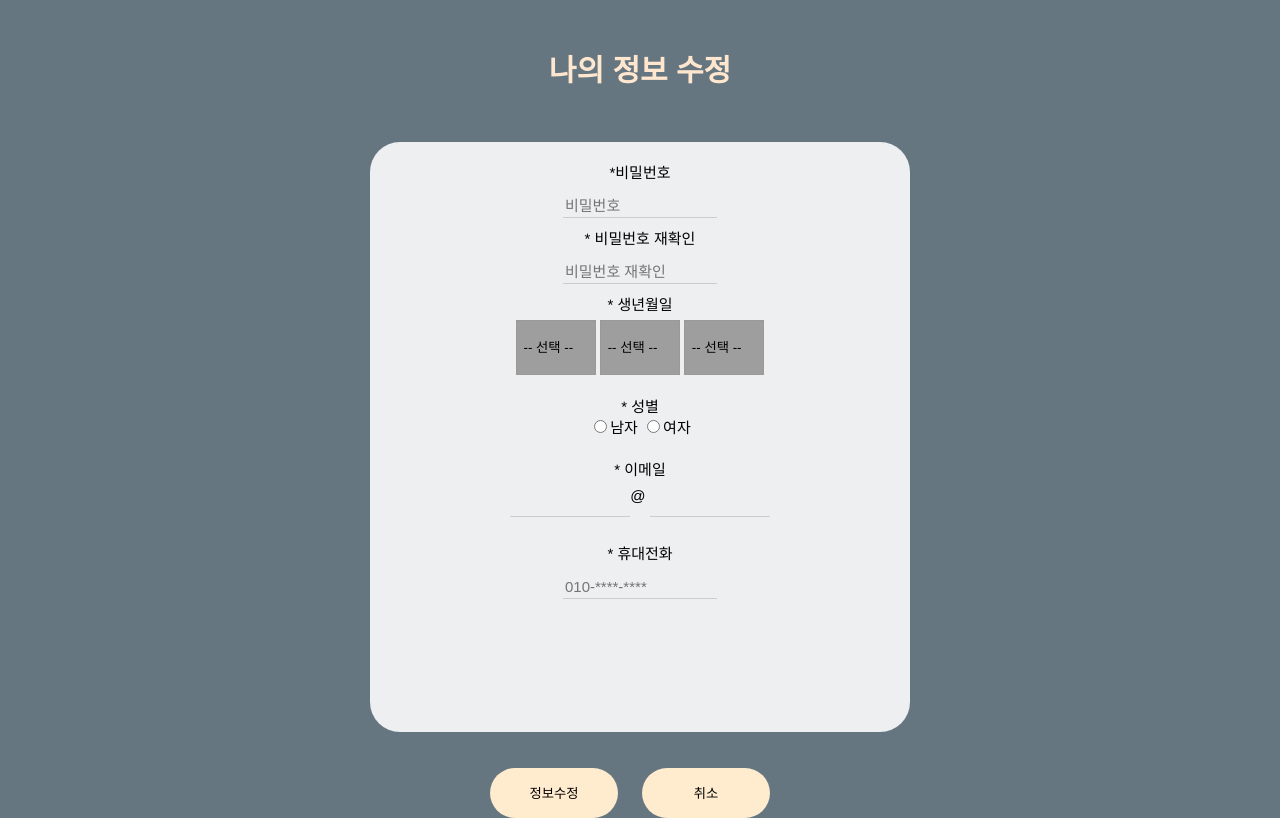
Repository: HelloJihyune/Hi
Page: http://localhost/mex07/WEB-INF/views/modify.jsp
An editor plug-in stored every save of this project. The page is shown before and after the next save, followed by the edit.
The browser window is 1280 px wide. The pictures show the whole page.
Pictures or frames that could not be fetched are drawn as grey boxes. The page is served by Tomcat 9. Nobody is signed in. The template is opened directly, without the code that normally fills it, so the values that code supplies are empty.

Above is the page before, as saved 2021-07-06 02:37:19.

After the next save:
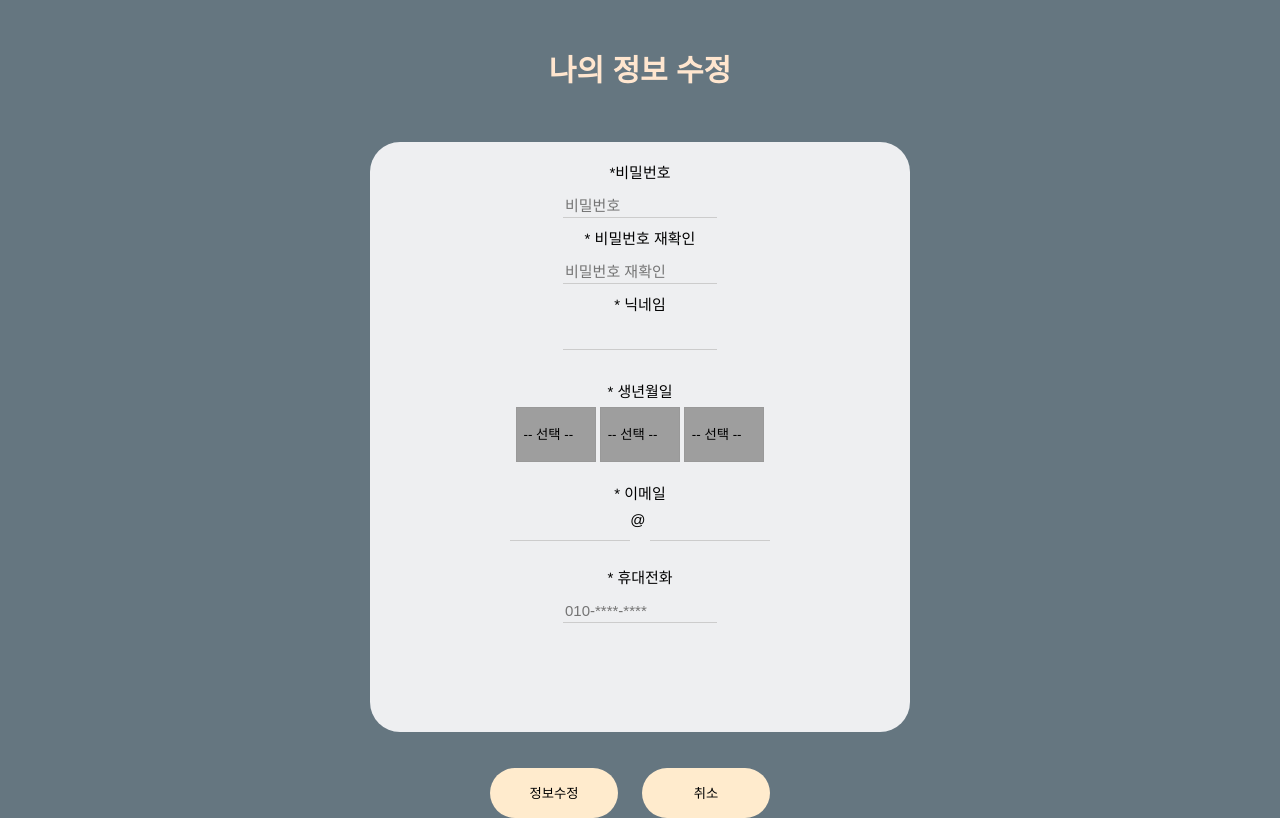
Saved 13 s later.
--- a/mex07/src/main/webapp/WEB-INF/views/modify.jsp
+++ b/mex07/src/main/webapp/WEB-INF/views/modify.jsp
@@ -23,6 +23,11 @@
 			* 비밀번호 재확인<br> <input type="password" name="user_PW2"
 				placeholder="비밀번호 재확인">
 		</div>
+		<!--닉네임 수정-->
+		<div class="int-username">
+			* 닉네임<br> <input type="text" name="user_name" value="">
+		</div>
+		<br>
 		<!--생년월일 select를 사용해서 구현-->
 		* 생년월일<br>
 		<br> <select name="year">
@@ -84,12 +89,6 @@
 		</select> <br>
 		<br>
 		<div>
-			<!--성별-->
-			* 성별<br> <input type="radio" name="gender" value="m" id="man"
-				label for="man">남자</input> <input type="radio" name="gender"
-				value="m" id="woman" label for="woman">여자</input>
-		</div>
-		<br>
 		<!--이메일-->
 		* 이메일
 		<div class="fieldlabel">
